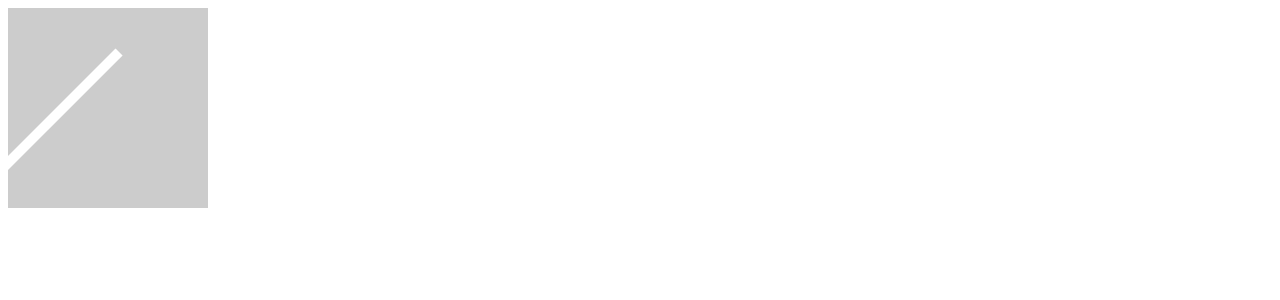
Repository: yaoxin1996/All-kinds-of-practice
Page: html/index.html
An editor plug-in stored every save of this project. The page is shown before and after the next save, followed by the edit.
The browser window is 1280 px wide. The pictures show the whole page.

Above is the page before, as saved 2022-05-22 10:02:18.

### html/index.html
<!DOCTYPE html>
<html lang="en">
<head>
  <meta charset="UTF-8">
  <meta http-equiv="X-UA-Compatible" content="IE=edge">
  <meta name="viewport" content="width=device-width, initial-scale=1.0">
  <title>Document</title>
</head>
<style>
  .box {

  }
  .inner {
    width: 200px;
    height: 200px;
    background: #ccc;
    position: relative;
  }
  .inner::after {
    content: '';
    width: 10px;
    height: 300px;
    transform: rotate(45deg);
    background-color: #fff;
    position: absolute;
    top: 0;
  }

</style>
<body>
  <div class="box">
    <div class="inner"></div>
  </div>
</body>
</html>

After the next save:
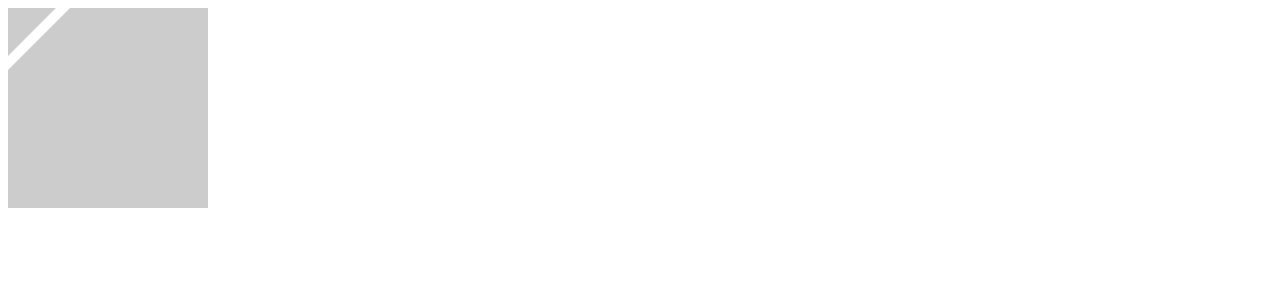
Saved 45 s later.
--- a/html/index.html
+++ b/html/index.html
@@ -23,7 +23,7 @@
     transform: rotate(45deg);
     background-color: #fff;
     position: absolute;
-    top: 0;
+    top: -100px;
   }
 
 </style>
